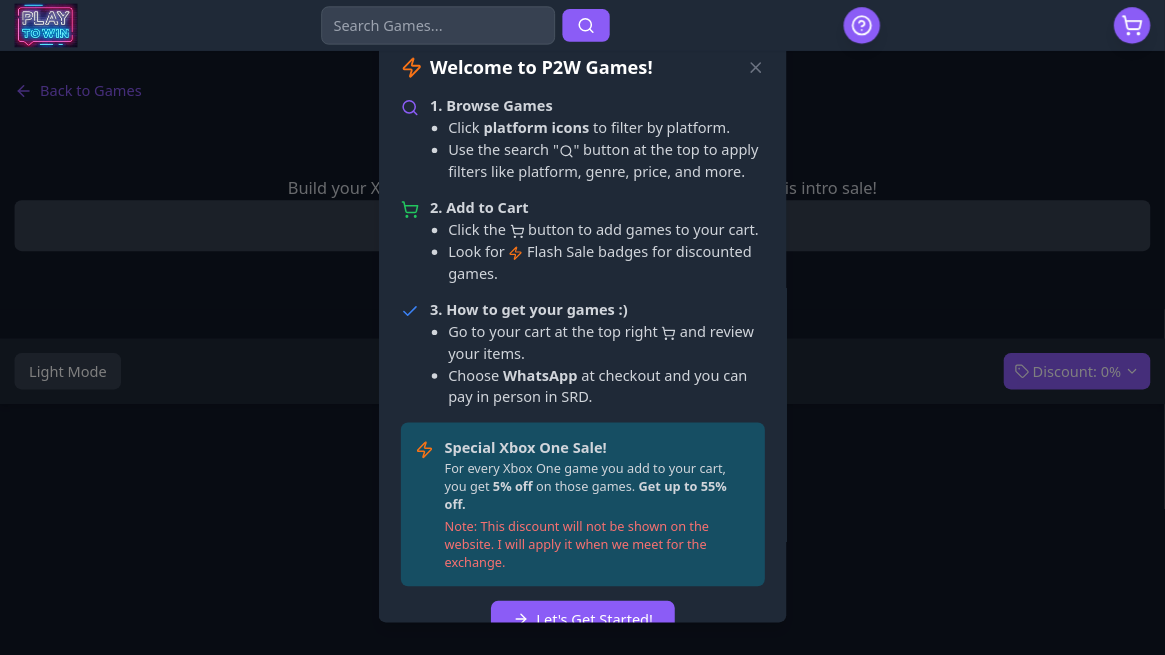
Repository: Play2Win777/P2W-Superbase
Page: /intro-sale
An editor plug-in stored every save of this project. The page is shown before and after the next save, followed by the edit.
The browser window is 1280 px wide. The pictures show the whole page, at 91% of full size.
The page's requests for data from a server got no answer. The project was rebuilt for these pictures with package versions that can differ from the ones it lists, and the page was loaded fresh each time. No one was signed in, and anything a server would have sent is missing. Also part of the build but not shown: vite.config.ts, src/components/Filters.tsx, src/components/GameCard.tsx, src/components/FlashSaleBadge.tsx, src/pages/GameDetails.tsx, src/pages/Checkout.tsx, src/pages/FlashSalePage.tsx, src/components/Toast.tsx.

Above is the page before, as saved 2025-03-22 11:22:04.

After the next save:
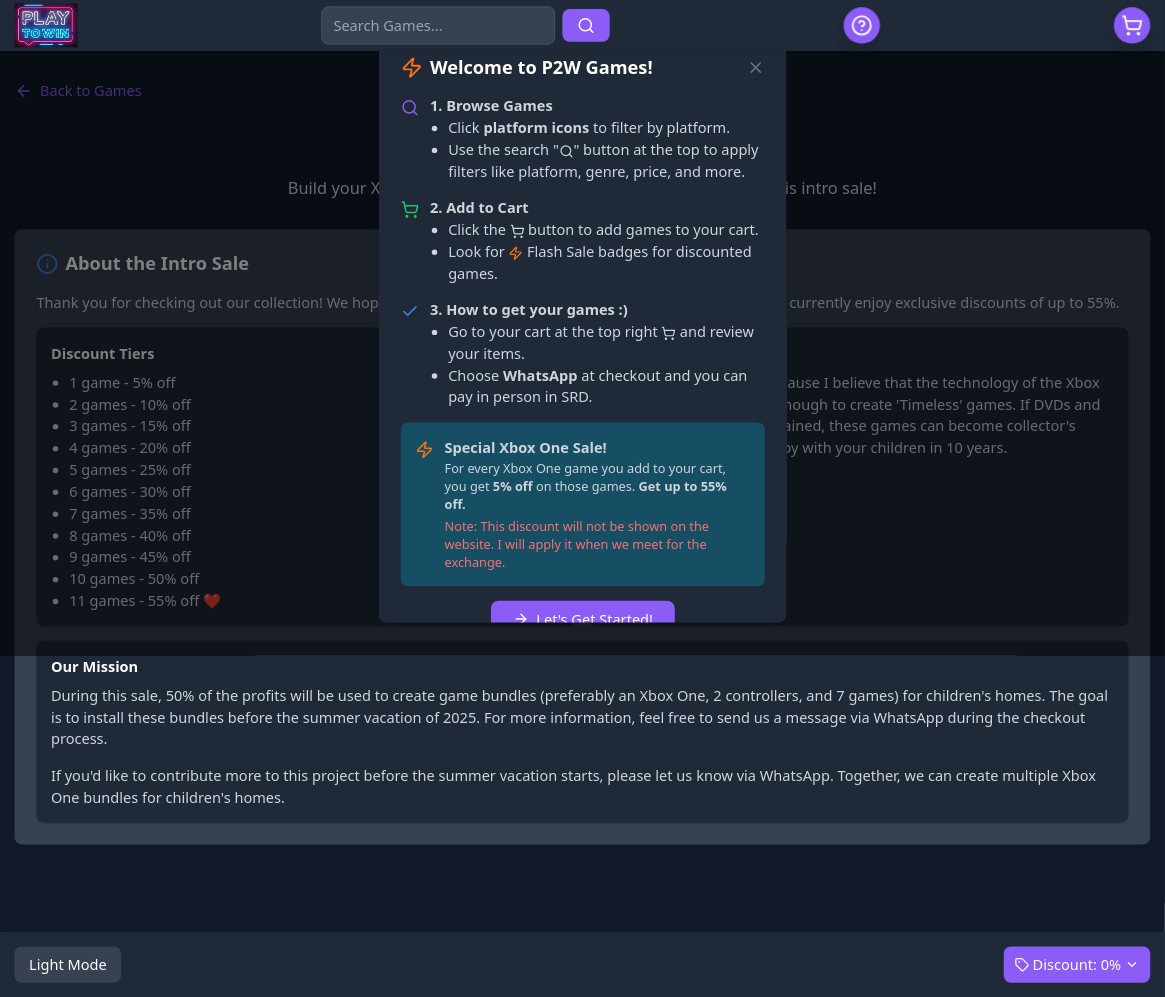
Saved 13 min 57 s later.
--- a/src/pages/IntroSalePage.tsx
+++ b/src/pages/IntroSalePage.tsx
@@ -1,7 +1,7 @@
 // pages/IntroSalePage.tsx
 import React, { useEffect, useState } from 'react';
 import { Link, useLocation } from 'react-router-dom';
-import { ArrowLeft, Zap, Loader, ShoppingCart, Check } from 'lucide-react';
+import { ArrowLeft, Zap, Loader, ShoppingCart, Check, Info } from 'lucide-react';
 import { useStore } from '../store';
 import { isIntroSaleEligible } from '../utils/gameHelpers';
 
@@ -60,25 +60,56 @@
         <p className="text-lg text-gray-700 dark:text-gray-300">
           Build your Xbox One collection and enjoy up to 55% off during this intro sale!
         </p>
-        <details className="bg-gray-100 dark:bg-gray-700 p-4 rounded-lg mb-8">
-  <summary className="font-semibold cursor-pointer">Read more about the Intro Sale</summary>
-  <div className="mt-4 text-gray-700 dark:text-gray-300">
-    <p>Bedankt dat u onze collectie checkt, wij hopen dat u ook uw collectie start. Daarvoor genieten alle Xbox One games momenteel een exclusieve kortingen tot 55%.</p>
-    <ul className="list-disc pl-5 mt-2">
-      <li>Bij aankoop van 1 - 5%</li>
-      <li>Bij aankoop van 2 - 10%</li>
-      <li>Bij aankoop van 3 - 15%</li>
-      <li>Bij aankoop van 4 - 20%</li>
-      <li>Bij aankoop van 5 - 25%</li>
-      <li>Bij aankoop van 6 - 30%</li>
-      <li>Bij aankoop van 7 - 35%</li>
-      <li>Bij aankoop van 8 - 40%</li>
-      <li>Bij aankoop van 9 - 45%</li>
-      <li>Bij aankoop van 10 - 50%</li>
-      <li>Bij aankoop van 11 - 55% op alle 11 games <span role="img" aria-label="heart">❤️</span></li>
-    </ul>
-  </div>
-</details>
+      </div>
+
+      {/* Intro Sale Details Section */}
+      <div className="bg-gray-100 dark:bg-gray-700 p-6 rounded-lg mb-8">
+        <div className="flex items-center gap-2 mb-4">
+          <Info size={24} className="text-blue-500" />
+          <h2 className="text-xl font-semibold text-gray-900 dark:text-white">
+            About the Intro Sale
+          </h2>
+        </div>
+        <p className="text-gray-700 dark:text-gray-300 mb-4">
+          Thank you for checking out our collection! We hope you start your own collection with us.
+          All Xbox One games currently enjoy exclusive discounts of up to 55%.
+        </p>
+        <div className="grid grid-cols-1 sm:grid-cols-2 gap-4 mb-4">
+          <div className="bg-white dark:bg-gray-800 p-4 rounded-lg shadow">
+            <h3 className="font-semibold text-gray-900 dark:text-white mb-2">Discount Tiers</h3>
+            <ul className="list-disc pl-5 text-gray-700 dark:text-gray-300">
+              <li>1 game - 5% off</li>
+              <li>2 games - 10% off</li>
+              <li>3 games - 15% off</li>
+              <li>4 games - 20% off</li>
+              <li>5 games - 25% off</li>
+              <li>6 games - 30% off</li>
+              <li>7 games - 35% off</li>
+              <li>8 games - 40% off</li>
+              <li>9 games - 45% off</li>
+              <li>10 games - 50% off</li>
+              <li>11 games - 55% off <span role="img" aria-label="heart">❤️</span></li>
+            </ul>
+          </div>
+          <div className="bg-white dark:bg-gray-800 p-4 rounded-lg shadow">
+            <h3 className="font-semibold text-gray-900 dark:text-white mb-2">Stewardship</h3>
+            <p className="text-gray-700 dark:text-gray-300">
+              I started this collection because I believe that the technology of the Xbox One and PS4 era is good enough to create 'Timeless' games.
+              If DVDs and peripherals are well-maintained, these games can become collector's items that you can still enjoy with your children in 10 years.
+            </p>
+          </div>
+        </div>
+        <div className="bg-white dark:bg-gray-800 p-4 rounded-lg shadow">
+          <h3 className="font-semibold text-gray-900 dark:text-white mb-2">Our Mission</h3>
+          <p className="text-gray-700 dark:text-gray-300 mb-4">
+            During this sale, 50% of the profits will be used to create game bundles (preferably an Xbox One, 2 controllers, and 7 games) for children's homes.
+            The goal is to install these bundles before the summer vacation of 2025. For more information, feel free to send us a message via WhatsApp during the checkout process.
+          </p>
+          <p className="text-gray-700 dark:text-gray-300">
+            If you'd like to contribute more to this project before the summer vacation starts, please let us know via WhatsApp.
+            Together, we can create multiple Xbox One bundles for children's homes.
+          </p>
+        </div>
       </div>
 
       {isLoading ? (
